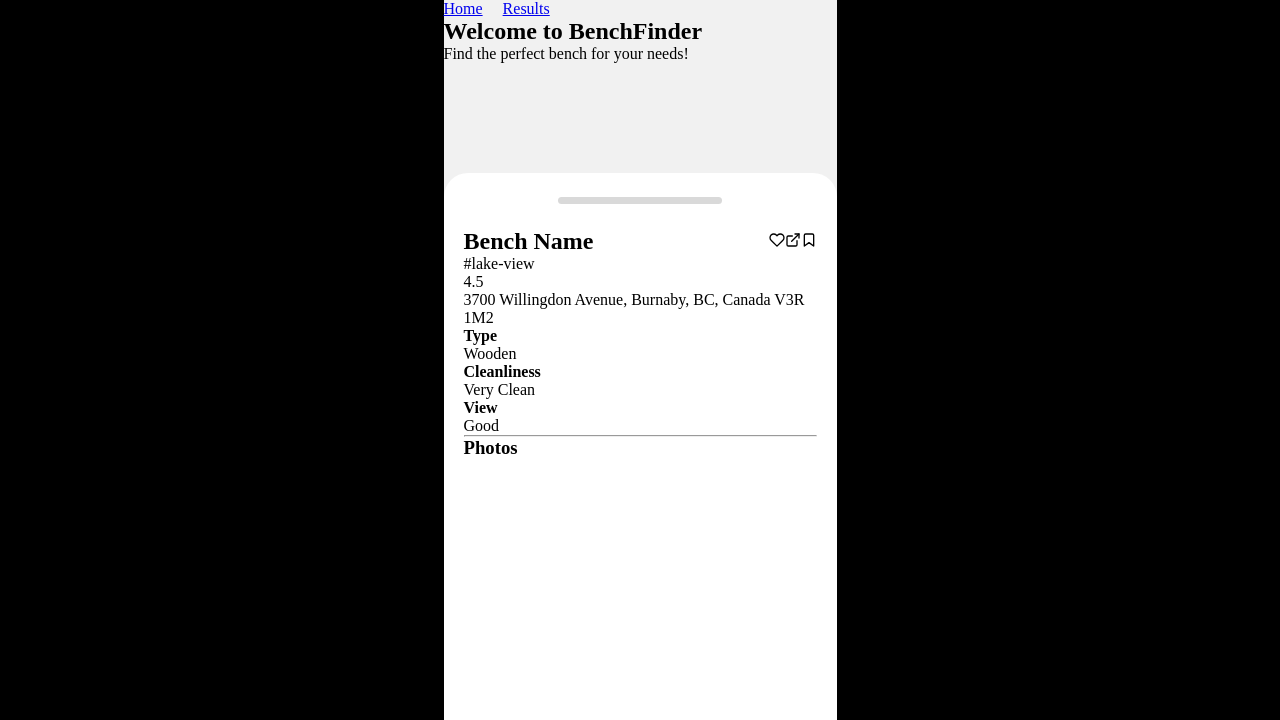
Repository: HidayatPatil/BenchFinder
Page: /
The author's editor kept a copy of each file at every save. The page is drawn from the files as they stood at one save, then again after the next save.
The browser window is 1280 px wide. The pictures show the whole page.
The project was rebuilt for these pictures with package versions that can differ from the ones it lists, and the page was loaded fresh each time. Also part of the build but not shown: vite.config.js, src/Results.jsx.

Above is the page before, as saved 2025-10-09 21:07:14.

After the next save:
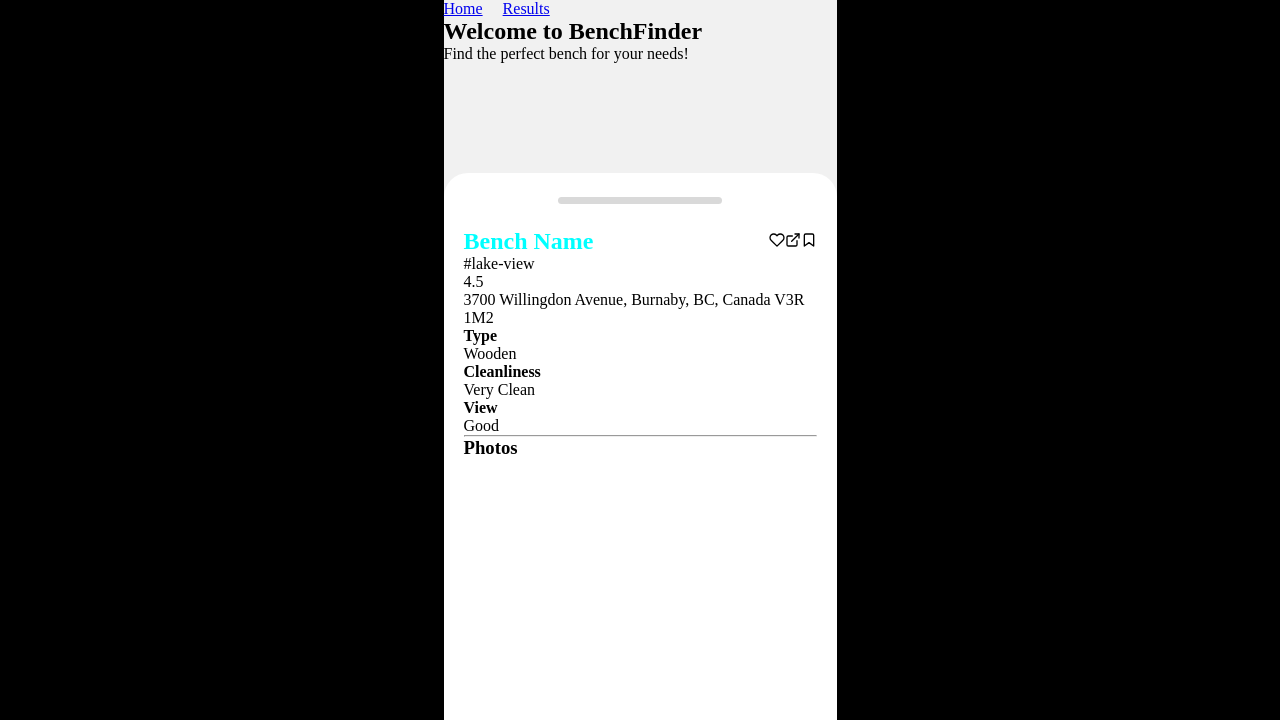
Saved 7 s later.
--- a/src/index.css
+++ b/src/index.css
@@ -56,7 +56,7 @@ body, html {
     justify-content: space-between;
     align-items: center;
 
-    h1 {
+    h2 {
         color: aqua;
     }
 }
